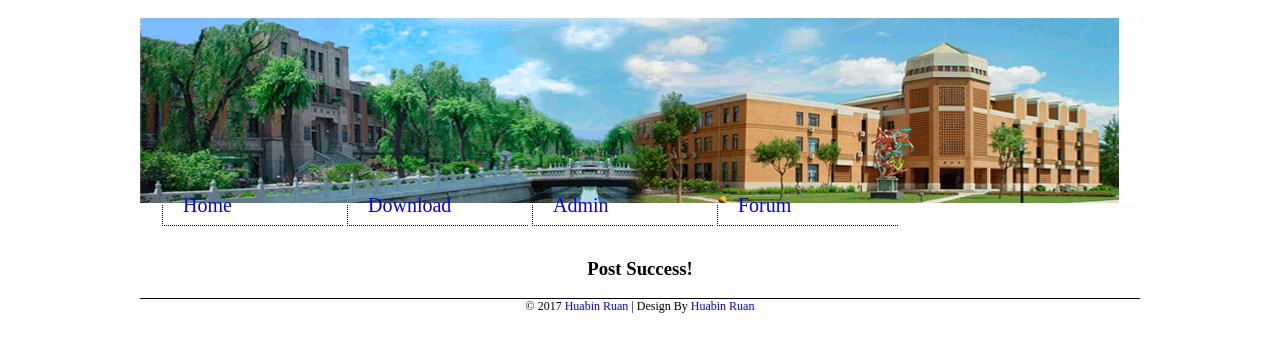
Repository: ruanhuabin/LifeSoftwareWebSite
Page: http://localhost/CryoEM/software_post_success.jsp
An editor plug-in stored every save of this project. The page is shown before and after the next save, followed by the edit.
The browser window is 1280 px wide. The pictures show the whole page.
The page is served by Tomcat 9. Nobody is signed in. The application's start-up code is not run. Other server files are loaded and not shown.

Above is the page before, as saved 2017-08-14 02:36:36.

### CryoEM/WebRoot/software_post_success.jsp
<%@ page language="java" import="java.util.*" pageEncoding="utf-8"%>
<%
String path = request.getContextPath();
String basePath = request.getScheme()+"://"+request.getServerName()+":"+request.getServerPort()+path+"/";
%>


<!DOCTYPE html PUBLIC "-//W3C//DTD XHTML 1.0 Transitional//EN" "http://www.w3.org/TR/xhtml1/DTD/xhtml1-transitional.dtd">
<html xmlns="http://www.w3.org/1999/xhtml">
<head>
<meta http-equiv="Content-Type" content="text/html; charset=utf-8" />
<link href="<%=basePath%>/style.css" rel="stylesheet" type="text/css" />
</head>
<body>


<div id="main-container">
<div id="header"></div>
<div id="navigation">
	<ul>
		<li><a href="<%=path%>/index.jsp">Home</font></a></li>
		<li><a href="<%=path%>/user/User_listSoftware.action">Download</a></li>
		<li><a href="<%=path%>/post/Admin_toAdmin.action">Admin</a></li>
		<li><a href="http://10.10.32.133/qa">Forum</a></li>
	</ul>
</div>
<script type="text/javascript">
		var index_plist = {
			obj : document.getElementById("navigation")
					.getElementsByTagName("li"),
			currObj : null,
			init : function() {
				for (i = 0; i < index_plist.obj.length; i++) {
					eval("index_plist.obj[i].getElementsByTagName('a')[0].onclick=function(){this.className='curr';if(index_plist.currObj){index_plist.currObj.className=''}index_plist.currObj=this}");
				}
			}
		};
		index_plist.init();
</script>


<br/>
<br/>

 <h3 align="center">
	 Post Success!
 </h3>


<div id="footer">&copy; 2017 <a href="mailto:ruanhuabin@tsinghua.edu.cn">Huabin Ruan</a> | Design By <a href="#">Huabin Ruan</a> </div>
</div>


</body>
</html>

### CryoEM/WebRoot/style.css
#header {height:185px; width:100%;background-image: url(images/banner.png);background-repeat: no-repeat; background-color:white;}
body
{
	background-color:white;
	font-family: "Times New Roman",Georgia,Serif
}
#footer {
	width:100%;
	border-top:  #000000 1px solid;
	text-align:center;
	font-size:12px;
	}


.form-div {
    /* border: 1px solid black; */
    margin-top: 50px;
    margin-bottom: 100px;
    margin-right: 150px;
    margin-left: 80px;
    background-color: white;
}

#admin-login-form {

   /*  margin-top: 50px;
    margin-bottom: 100px;
    margin-right: 150px;
    margin-left: 200px;
    background-color: white; */
    align: center

}

#content-div {
   /*  border: 1px solid black; */
    margin-top: 40px;
    margin-bottom: 100px;
    margin-right: 150px;
    margin-left: 0px;
    background-color: white;
}

#main-container {
	width:1000px;
	/* width:80% */
	border: #000000 0px solid;
	margin: 0 auto;
 	background-color:#FEFEFE;
   /*  background-color:white; */

    clear:both;
	/* padding:25px 100px; */
	padding:10px 100px
	}

#leftbar {
	float:left;
	width:800px;
	border-right:1px solid #BCBDBC;
}

#rightbar {
	float:left;
	width:200px;
}

a
{
	text-decoration: none;
	color:blue;
}

a:hover
{
	color:red;
}
a:visited
{
	color: blue;
}

ul {margin-left: 0; padding-left: 40px;}
/* li {margin-left: 0; padding-left: 50px;} */

#navigation{list-style:none; text-align:left; font-size:20px; background:white; float:left}
#navigation li{width:160px; height:20px; line-height:0px; float:left; margin:2px; list-style:none;}
#navigation a{height:100%; display:block; text-decoration:none}
#navigation .curr{background:url(sub/images/nav_on.png); color:red;}


ul, li { list-style: none; margin: 0; padding: 0; }
ul { padding-left: 1em; }
li { padding-left: 1em;
  border: 1px dotted black;
  border-width: 0 0 1px 1px;
}
li.container { border-bottom: 0px; }
li.empty { font-style: italic;
  color: silver;
  border-color: silver;
}
li p { margin: 0;
  background: white;
  position: relative;
  top: 0.5em;
}
li ul {
  border-top: 1px dotted black;
  margin-left: -1em;
  padding-left: 2em;
}
ul li:last-child ul {
  border-left: 1px solid white;
  margin-left: -17px;
}

After the next save:
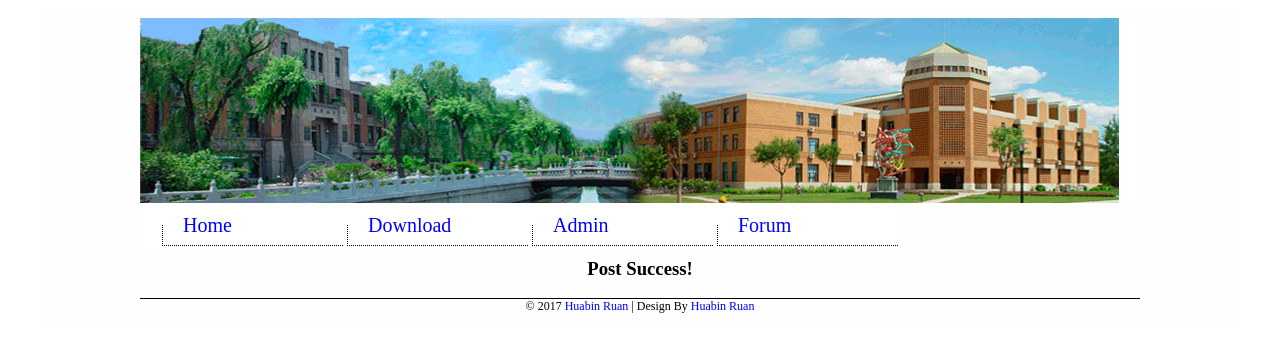
Saved 3 min 3 s later.
--- a/CryoEM/WebRoot/style.css
+++ b/CryoEM/WebRoot/style.css
@@ -89,7 +89,7 @@ ul {margin-left: 0; padding-left: 40px;}
 #navigation .curr{background:url(sub/images/nav_on.png); color:red;}
 
 
-ul, li { list-style: none; margin: 0; padding: 0; }
+.ul, li { list-style: none; margin: 0; padding: 0; }
 ul { padding-left: 1em; }
 li { padding-left: 1em;
   border: 1px dotted black;
